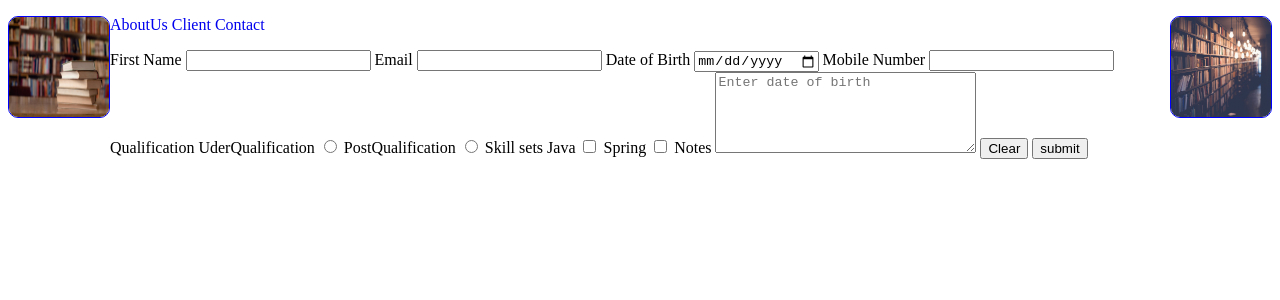
Repository: venkatesakki/JavaDeveloper
Page: html_examples/src/main/webapp/register.html
An editor plug-in stored every save of this project. The page is shown before and after the next save, followed by the edit.
The browser window is 1280 px wide. The pictures show the whole page.

Above is the page before, as saved 2022-06-23 06:18:41.

### html_examples/src/main/webapp/register.html
<!DOCTYPE html>
<html>
<head>
<meta charset="UTF-8">
<title>Register User</title>
<link href="images/jetslogo.png" type="image/png" rel="icon"/>
<link href="styles/style.css" type="text/css" rel="stylesheet">

<style type="text/css">

ul>li{
display:inline;
}
a{
text-decoration: none;
}

.smallImage {
	width: 100px;
	height: 100px;
	border: 1px solid blue;
	border-radius: 10px;
}
.left{
float:left;
}
.right{
float:right;
}
</style>
</head>
<body>
	<header>
		<img alt="Image of Book" src="images/sample.jpg" class="smallImage left" >
		<img alt="Image of Book" src="images/sample1.jpeg" class="smallImage right">
		<nav>
			<ul>

				<li><a href="aboutus.html">AboutUs</a></li>
				<li><a href="client.html">Client</a></li>
				<li><a href="contact.html">Contact</a></li>

			</ul>
		</nav>
	</header>
	<section>
		<header>
			<article></article>
			<article>
				<form action="client.html" method="post">
					<label for="firstName">First Name</label> <input type="text"
						name="firstName" id="firstName" required /> <label for="email">Email</label>
					<input type="email" name="email" id="email" multiple="multiple" />
					<label for="birthDate">Date of Birth</label> <input type="date"
						name="birthDate" id="birthDate" /> <label for="mobile">Mobile
						Number</label> <input type="tel" name="mobileNumber" id="mobile"
						pattern="[0-9]{10}" /> <label for="">Qualification</label> <label
						for="ug">UderQualification</label> <input type="radio"
						value="Under Graduate" name="qualidication" id="ug" /> <label
						for="pg">PostQualification</label> <input type="radio"
						value="Post Graduate" name="qualidication" id="pg" /> <label
						for="skill">Skill sets</label> <label for="java">Java</label> <input
						type="checkbox" value="java" name="skill" id="java" /> <label
						for="spring">Spring</label> <input type="checkbox" value="spring"
						name="skill" id="spring" /> <label for="notes">Notes</label>
					<textarea name="notes" cols="30" rows="5" id="notes"
						placeholder="Enter date of birth"></textarea>

					<input type="reset" value="Clear" /> <input type="submit"
						value="submit" />
				</form>
			</article>
		</header>
		<footer></footer>
	</section>

</body>
</html>

### html_examples/src/main/webapp/styles/style.css
@charset "UTF-8";

h4{

	color:#2e3436;
}

.centerText{
	text-align:center;

}
.ligt{
	color:rgb(255,0,0);
}
.dark{
	color:rgb(0,110,110);
}
.darkest{
	color:rgb(0,0,255);
}
.centerTable{
	text-align:center;
}
table{
	border:1px solid black;
	border-collapse:collapse;
	margin-left:auto;
	margin-right:auto;
/* 	margin-top:auto; */
/* 	margin-bottom:auto; */
/* 	margin-left:15%; margin-right:15% */
}
th,tr,td{
	border:3px solid black;
}
.background{
	background-image:url("../images/Jets_Pizza_Banner_Image.png");
	background-repeat: no-repeat;
	background-size:cover;
}

After the next save:
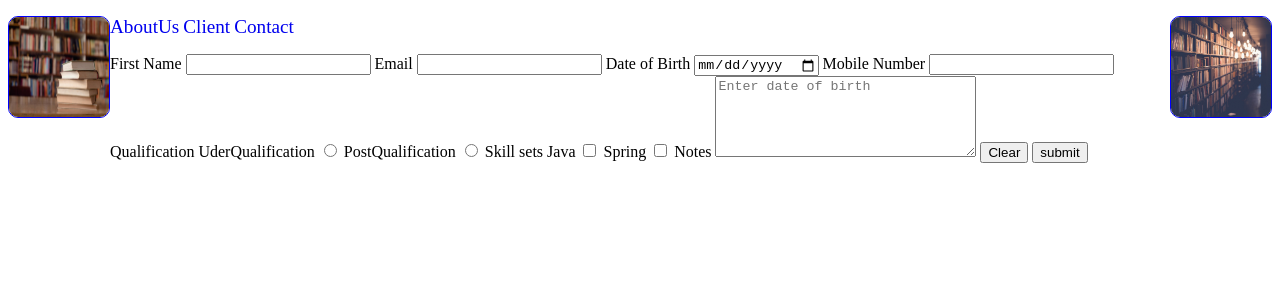
Saved 49 s later.
--- a/html_examples/src/main/webapp/register.html
+++ b/html_examples/src/main/webapp/register.html
@@ -13,6 +13,7 @@ display:inline;
 }
 a{
 text-decoration: none;
+font-size: 1.2em;
 }
 
 .smallImage {
